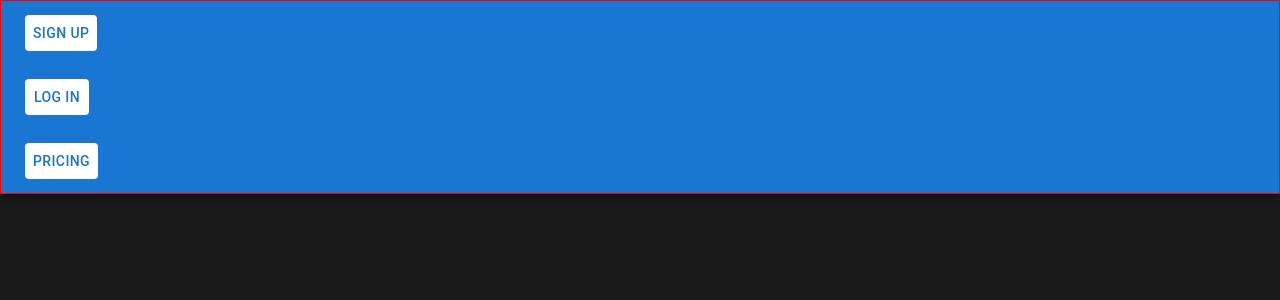
Repository: Armstrong2035/ikigai
Page: / (app in Ikigai/ikigai/)
An editor plug-in stored every save of this project. The page is shown before and after the next save, followed by the edit.
The browser window is 1280 px wide. The pictures show the whole page.
The project was rebuilt for these pictures with package versions that can differ from the ones it lists, and the page was loaded fresh each time. The framework's server and built-in components were replaced by stand-ins that run in the browser. Also part of the build but not shown: Ikigai/ikigai/next.config.mjs.

Above is the page before, as saved 2024-09-06 18:45:00.

### Ikigai/ikigai/src/app/layout.js
export const metadata = {
  title: "Ikigai",
  description:
    "Productivity app for people who juggle several interests and responsibilities",
};

export default function RootLayout({ children }) {
  return (
    <html lang="en">
      <body style={{ backgroundColor: "#191919" }}>{children}</body>
    </html>
  );
}

### Ikigai/ikigai/src/app/page.js
"use client";
import React from "react";
import LandingPage from "../../components/LandingPage/LandingPage";

export default function Home() {
  return (
    <>
      <LandingPage />
    </>
  );
}

### Ikigai/ikigai/components/LandingPage/LandingPage.js
import NavBar from "./NavBar/NavBar";

export default function LandingPage() {
  return (
    <>
      <NavBar />
    </>
  );
}

### Ikigai/ikigai/components/LandingPage/NavBar/NavBar.js
import { AppBar, Toolbar, Button } from "@mui/material";

export default function NavBar() {
  const menuItems = ["Sign up", "Log in", "Pricing"];

  return (
    <div>
      <p>App bar??</p>
      <AppBar sx={{ border: "1px solid red" }}>
        {menuItems.map((item, index) => (
          <Toolbar key={index}>
            <Button sx={{ backgroundColor: "white" }}>{item}</Button>
          </Toolbar>
        ))}
      </AppBar>
    </div>
  );
}

After the next save:
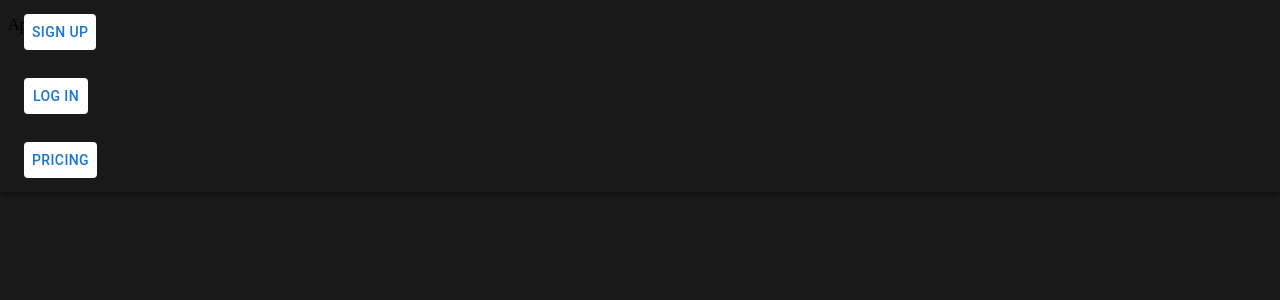
Saved 30 s later.
--- a/Ikigai/ikigai/components/LandingPage/NavBar/NavBar.js
+++ b/Ikigai/ikigai/components/LandingPage/NavBar/NavBar.js
@@ -6,7 +6,7 @@ export default function NavBar() {
   return (
     <div>
       <p>App bar??</p>
-      <AppBar sx={{ border: "1px solid red" }}>
+      <AppBar sx={{ backgroundColor: "inherit" }}>
         {menuItems.map((item, index) => (
           <Toolbar key={index}>
             <Button sx={{ backgroundColor: "white" }}>{item}</Button>
